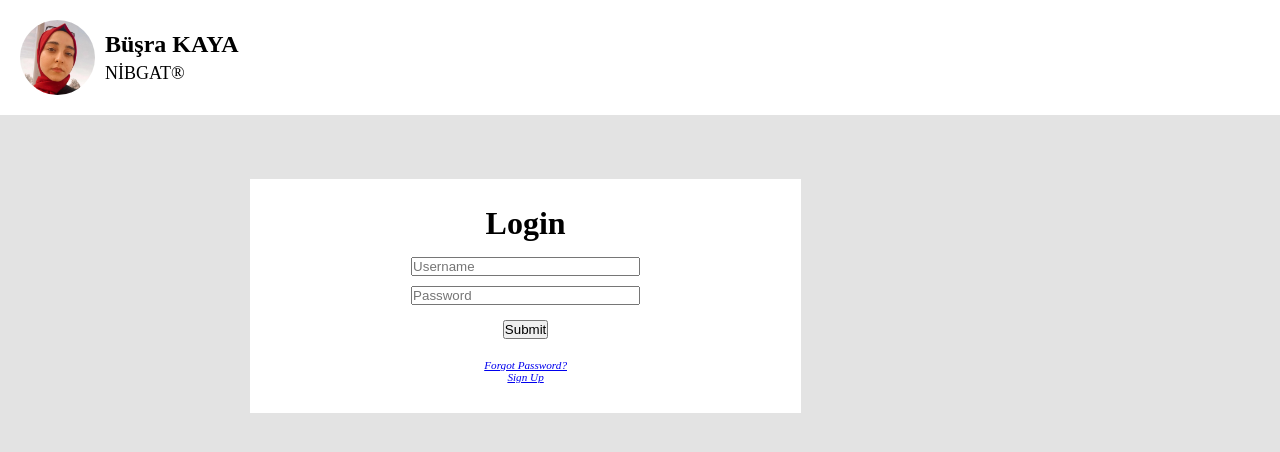
Repository: busra-kayaa/LoginPage
Page: login.html
An editor plug-in stored every save of this project. The page is shown before and after the next save, followed by the edit.
The browser window is 1280 px wide. The pictures show the whole page.

Above is the page before, as saved 2024-01-02 18:17:32.

After the next save:
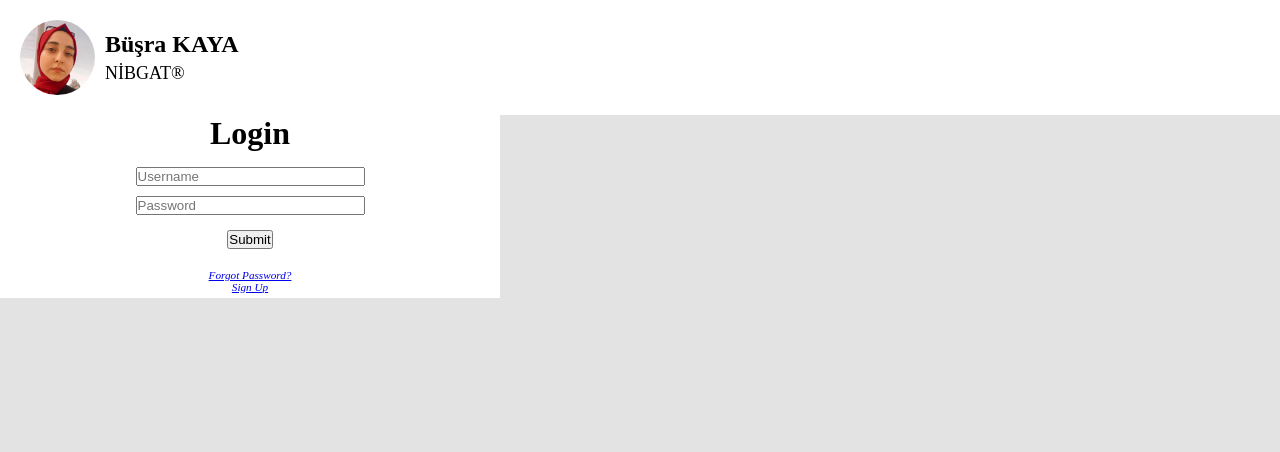
Saved 13 s later.
--- a/style.css
+++ b/style.css
@@ -53,11 +53,6 @@ body {
     align-items: center;
     text-align: center;
     display: flex;
-    margin-top: 5%;
-    margin-bottom: 5%;
-    margin-right: 250px;
-    margin-left: 250px;
-    padding: 2%;
     width: 500px;
 }
 
